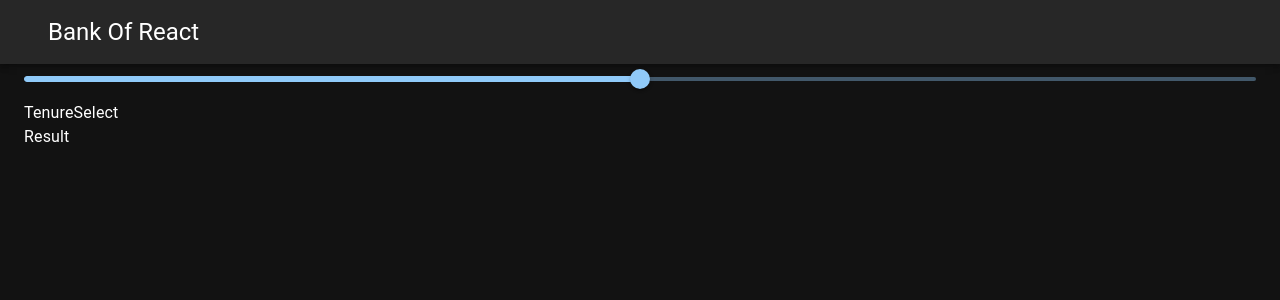
Repository: MikeeBuilds/mortgage-calculator
Page: /
The author's editor kept a copy of each file at every save. The page is drawn from the files as they stood at one save, then again after a run of saves.
The browser window is 1280 px wide. The pictures show the whole page.
The project was rebuilt for these pictures with package versions that can differ from the ones it lists, and the page was loaded fresh each time.

Above is the page before, as saved 2023-04-03 17:16:33.

### src/index.js
import React from 'react';
import ReactDOM from 'react-dom/client';
import  CssBaseline  from '@mui/material/CssBaseline';
import { ThemeProvider, createTheme } from '@mui/material/styles';
import App from './App';
import reportWebVitals from './reportWebVitals';
import { theme } from './theme';

const root = ReactDOM.createRoot(document.getElementById('root'));
root.render(
  <React.StrictMode>
    <ThemeProvider theme={theme}>
      <CssBaseline />
    <App />
    </ThemeProvider>
  </React.StrictMode>
);

// If you want to start measuring performance in your app, pass a function
// to log results (for example: reportWebVitals(console.log))
// or send to an analytics endpoint. Learn more: https://bit.ly/CRA-vitals
reportWebVitals();

### src/App.js
import { Container } from "@mui/material";
import Navbar from "./components/Navbar";
import Result from "./components/Result";
import SliderSelect from "./components/SliderSelect";
import TenureSelect from "./components/TenureSelect";


function App() {
  return (
    <div className="App">
      <Navbar />
      <Container maxWidth="xl" sx={{mt: ''}}>
        <SliderSelect />
        <TenureSelect />
        <Result />
      </Container>
    </div>
  );
}

export default App;

### src/theme.js
import {  createTheme } from "@mui/material/styles";

export const theme = createTheme({
    palette: {
        mode: "dark",
    },
    typography: {
        h1: {

        },
    },
});

### src/components/Navbar.js
import React from 'react'
import AppBar from '@mui/material/AppBar'
import ToolBar from '@mui/material/Toolbar'
import Typography from '@mui/material/Typography'
import Container from '@mui/material/Container'

const Navbar = () => {
  return (
    <AppBar position="static">
      <Container maxWidth='xl'>
        <ToolBar>
            <Typography variant="h5" component="div" sx={{ flexGrow: 1 }}>
                Bank Of React
            </Typography>
        </ToolBar>
      </Container>
    </AppBar>
  )
}

export default Navbar

### src/components/SliderSelect.js
import React from 'react'
import SliderComponent from './common/SliderComponent'

const SliderSelect = () => {
  return (
    <SliderComponent />
  )
}

export default SliderSelect

### src/components/TenureSelect.js
import React from 'react'

const TenureSelect = () => {
  return (
    <div>TenureSelect</div>
  )
}

export default TenureSelect

### src/components/common/SliderComponent.js
import React from 'react'
import Slider from '@mui/material/Slider'

const SliderComponent = () => {
  return (
    <Slider defaultValue={50} aria-label='Default' valueLabelDisplay='auto' />
  )
}

export default SliderComponent

Loaded but not shown: public/index.html (common file); src/reportWebVitals.js (common file); src/components/Result.js (common file)

After the next 5 saves:
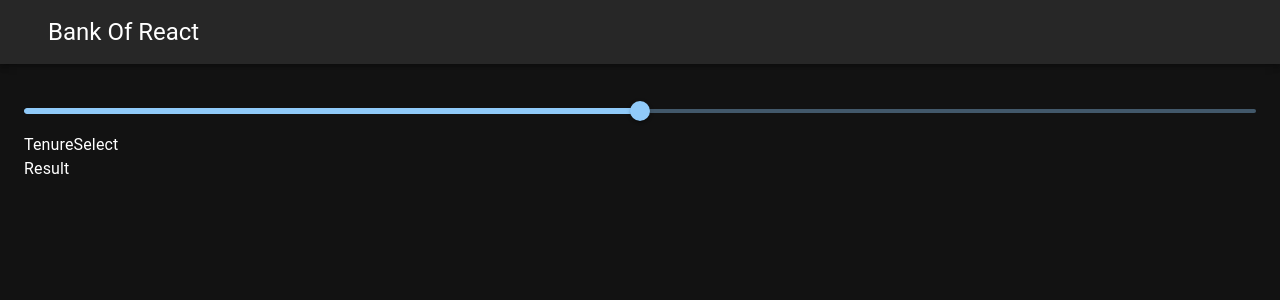
The 5 saves are shown as one change because 1 did not build or start and some came seconds apart.
The last was saved 15 s later.
--- a/src/App.js
+++ b/src/App.js
@@ -9,7 +9,7 @@ function App() {
   return (
     <div className="App">
       <Navbar />
-      <Container maxWidth="xl" sx={{mt: ''}}>
+      <Container maxWidth="xl" sx={{ marginTop: 4 }}>
         <SliderSelect />
         <TenureSelect />
         <Result />
